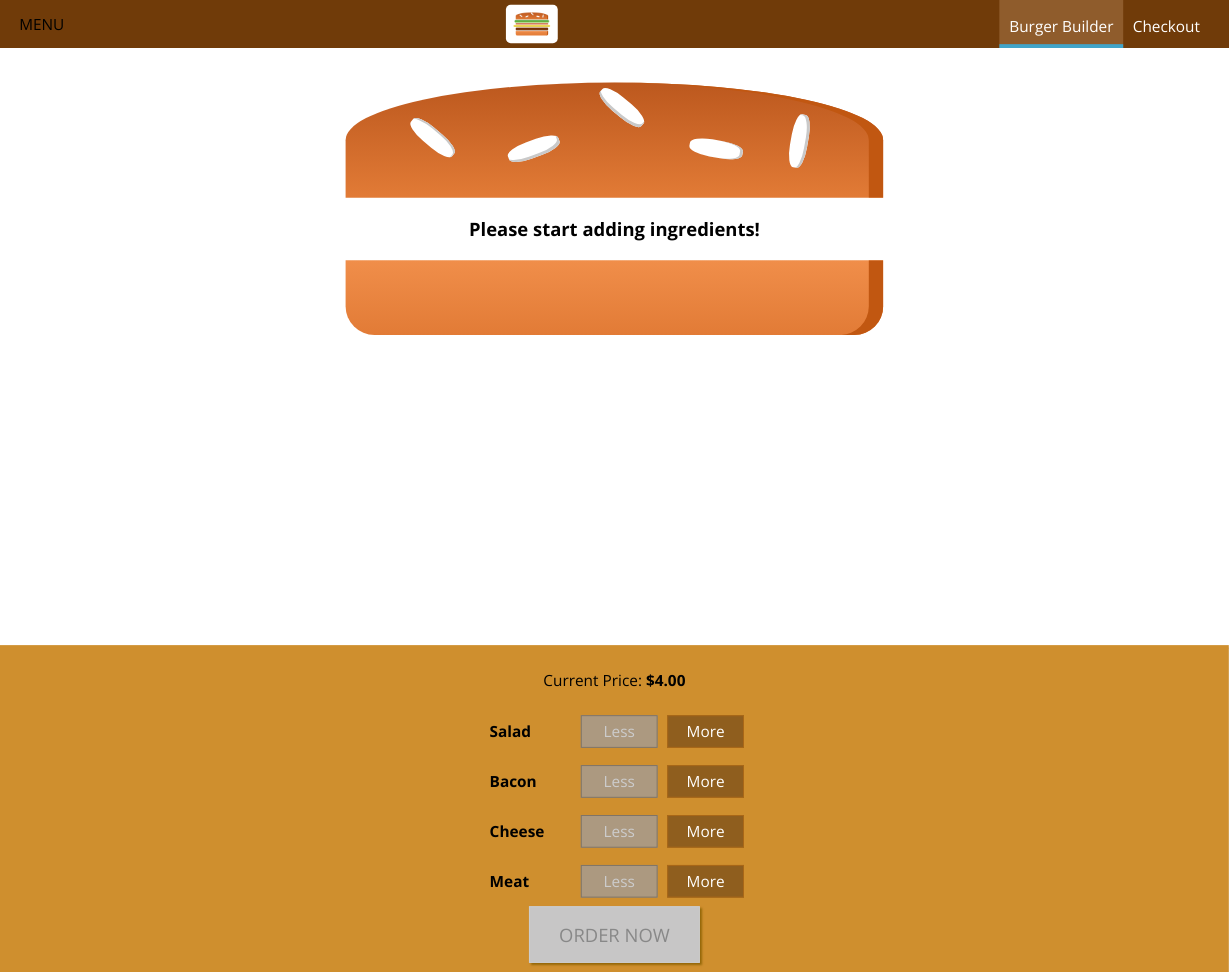
Repository: AbdulMutaal/Burger-Builder
Page: /
An editor plug-in stored every save of this project. The page is shown before and after the next save, followed by the edit.
The browser window is 1280 px wide. The pictures show the whole page, at 96% of full size.
The project was rebuilt for these pictures with package versions that can differ from the ones it lists, and the page was loaded fresh each time. Also part of the build but not shown: src/components/UI/Backdrop/Backdrop.module.css, src/components/UI/Backdrop/Backdrop.js.

Above is the page before, as saved 2021-12-08 16:09:48.

After the next save:
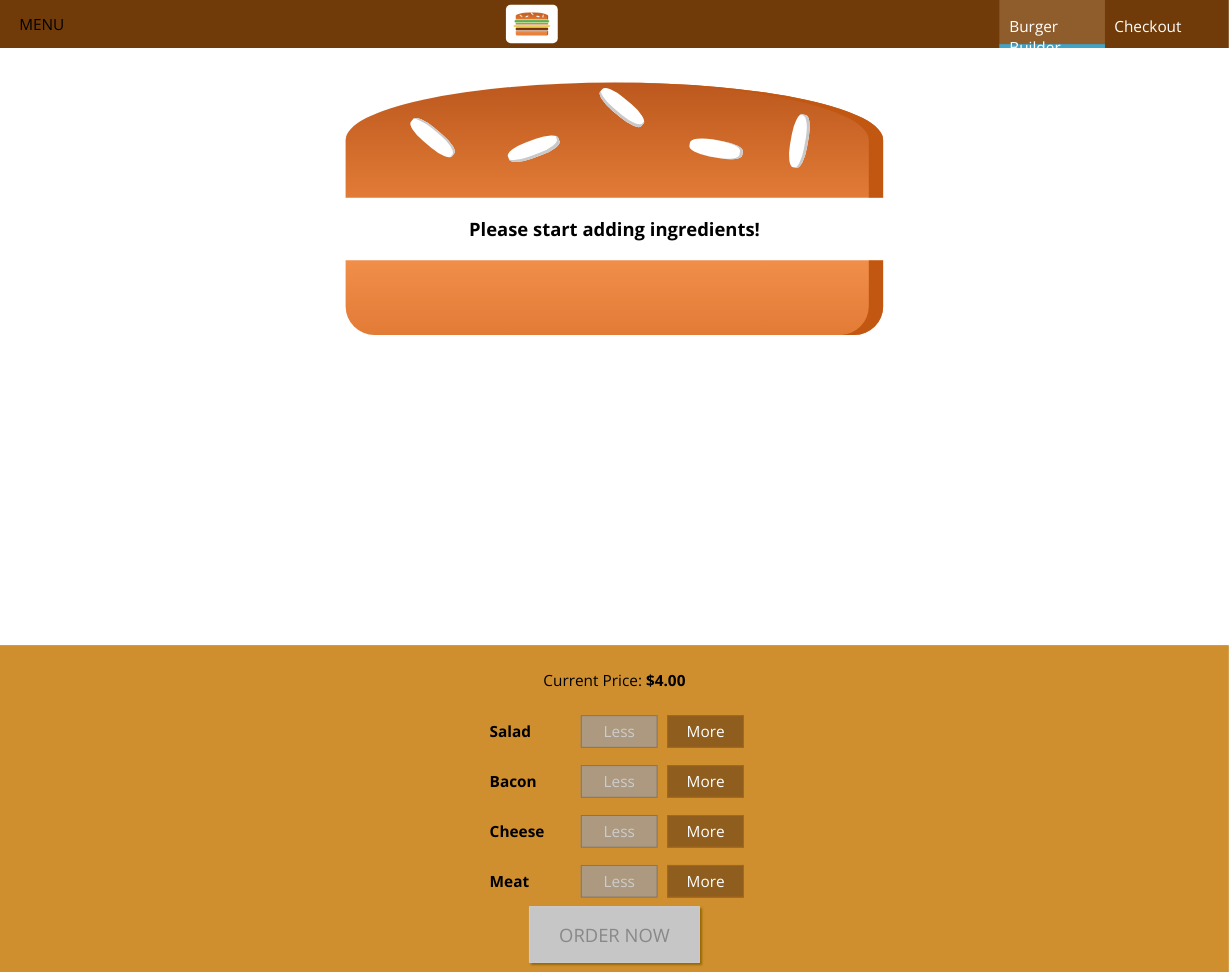
Saved 34 s later.
--- a/src/components/Navigation/NavigationItems/NavigationItem/NavigationItem.module.css
+++ b/src/components/Navigation/NavigationItems/NavigationItem/NavigationItem.module.css
@@ -1,8 +1,8 @@
 .NavigationItem {
-    margin: 0;
+    margin: 10px 0;
     box-sizing: border-box;
     display: flex;
-    height: 100%;
+    width: 100%;
     align-items: center;
 }
 
